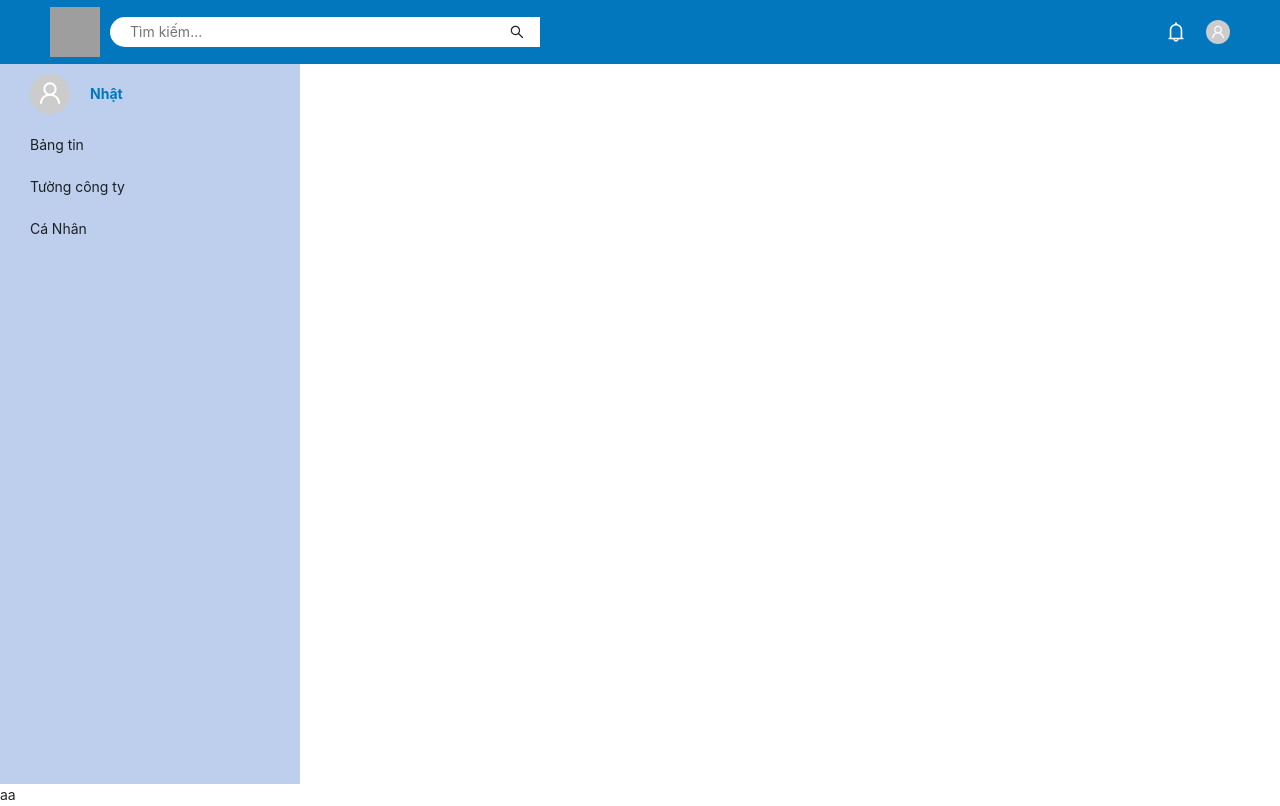
Repository: baonhat27/SocialNetwork_FE
Page: /home
These files come from the project's save history. The page is drawn as it stood at one moment and after the next save; the edit follows.
The browser window is 1280 px wide. The pictures show the whole page.
Pictures or frames that could not be fetched are drawn as grey boxes. The project was rebuilt for these pictures with package versions that can differ from the ones it lists, and the page was loaded fresh each time. Also part of the build but not shown: src/containers/home/component/HomeComponent.module.css, src/containers/loginPage/component/LoginPageComponent.module.css, src/components/Input/Input.module.css, src/components/Input/Input.js, src/components/Button/Button.module.css, src/components/Button/Button.js, src/containers/loginPage/component/LoginPageComponent.js, src/containers/loginPage/LoginPageContainer.js.

Above is the page before, as saved 2022-03-09 22:07:09.

After the next save:
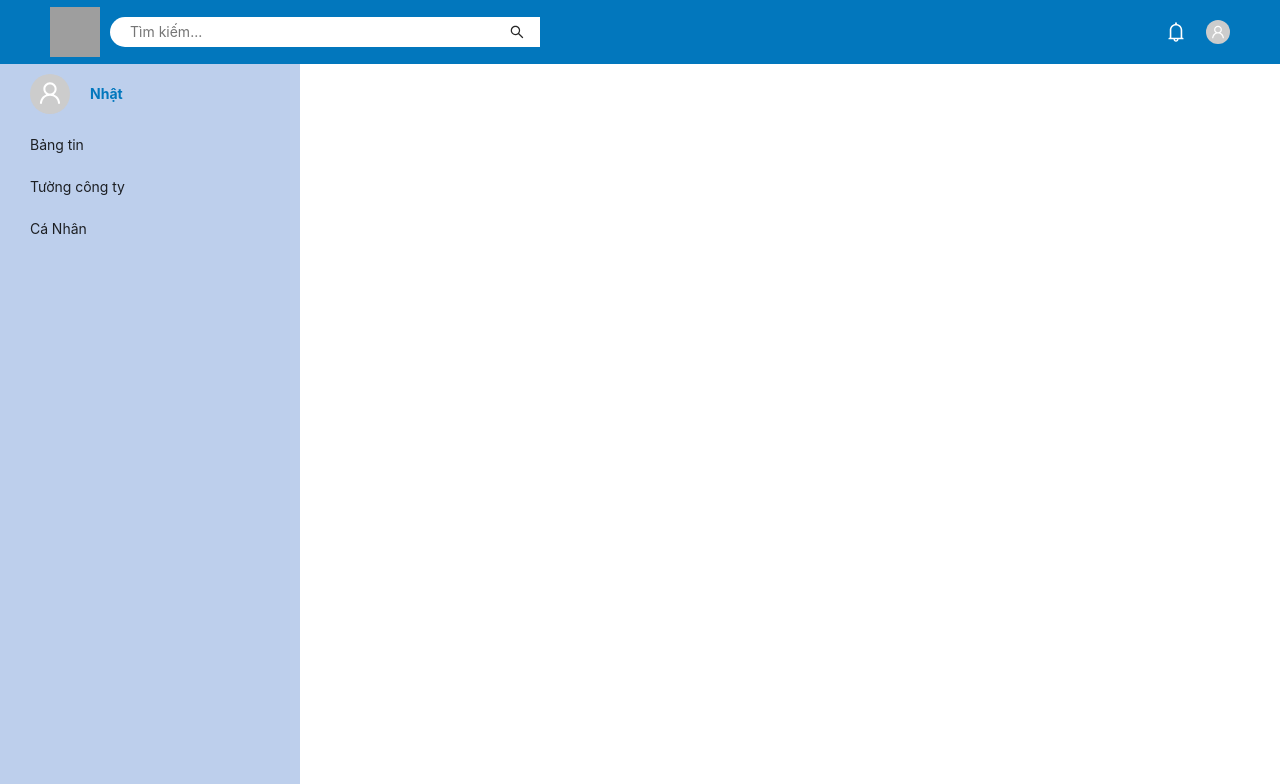
Saved 7 s later.
--- a/src/containers/content/component/ContentComponent.js
+++ b/src/containers/content/component/ContentComponent.js
@@ -3,7 +3,7 @@ import React from 'react';
 const ContentComponent = () => {
     return (
         <div>
-            aa
+
         </div>
     );
 };
